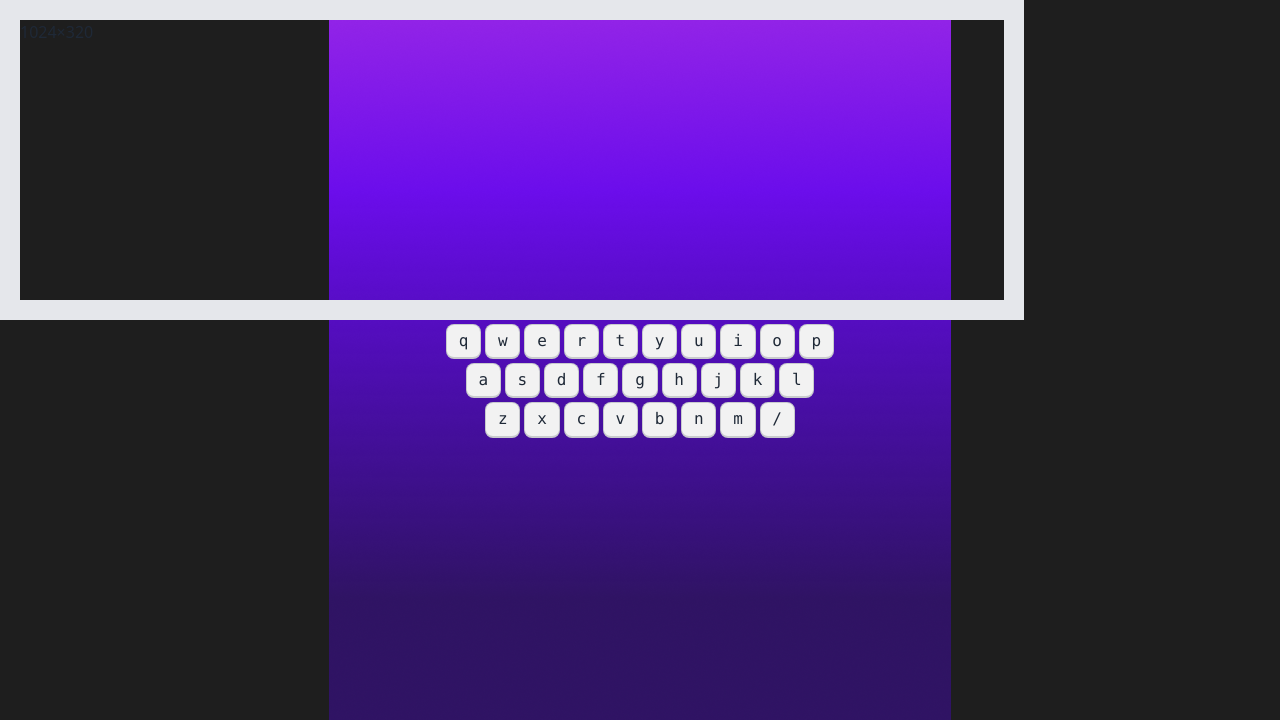
Repository: RudrasahaDibos/Alphabet-clash-
Page: index.html
The author's editor kept a copy of each file at every save. The page is drawn from the files as they stood at one save, then again after a run of saves.
The browser window is 1280 px wide. The pictures show the whole page.
Some web fonts or font styles are not loaded; a fallback is used. Some web libraries are served in a nearby version.

Above is the page before, as saved 2024-11-04 11:55:25.

### index.html
<!DOCTYPE html>
<html lang="en">
    <head>
        <meta charset="UTF-8">
        <meta name="viewport" content="width=device-width, initial-scale=1.0">
        <title>Alphabet Clash</title>
        <!-- daisy apa -->
        <link
            href="https://cdn.jsdelivr.net/npm/daisyui@4.12.14/dist/full.min.css"
            rel="stylesheet" type="text/css" />
        <script src="https://cdn.tailwindcss.com"></script>

        <!-- custom css  -->
        <link rel="stylesheet" href="style.css">

    </head>
    <body>
        <main
            class="bg-[#1E1E1E] min-h-screen bg-[url(images/background.png)] bg-no-repeat bg-center ">
            <!-- home screen  start here -->
            <section class="min-h-screen flex justify-center items-center hidden">
                <div class="flex flex-col justify-center items-center gap-10 ">
                    <h1
                        class="text-white text-8xl font-extrabold anton-sc-regular uppercase ">ALPHABET
                        CLASH</h1>
                    <p class="text-white ">Unleash Your Keyboard Kung Fu : Press
                        “Enter” to Play</p>
                    <button class="btn bg-white text-black">Play Now </button>
                </div>
            </section>
            <!-- home screen end here -->
            <!-- midlle screen start here -->
            <section>
                    <!-- display screen start here -->
                    <div class="artboard artboard-horizontal phone-6 border-[20px] border-[010313]">
                        1024×320
                    </div>
                     <!-- dispaly screen end here -->

                     <!-- keyboard start here  -->
                               <div>
                                <div class="my-1 flex w-full justify-center gap-1">
                                    <kbd class="kbd">q</kbd>
                                    <kbd class="kbd">w</kbd>
                                    <kbd class="kbd">e</kbd>
                                    <kbd class="kbd">r</kbd>
                                    <kbd class="kbd">t</kbd>
                                    <kbd class="kbd">y</kbd>
                                    <kbd class="kbd">u</kbd>
                                    <kbd class="kbd">i</kbd>
                                    <kbd class="kbd">o</kbd>
                                    <kbd class="kbd">p</kbd>
                                  </div>
                                  <div class="my-1 flex w-full justify-center gap-1">
                                    <kbd class="kbd">a</kbd>
                                    <kbd class="kbd">s</kbd>
                                    <kbd class="kbd">d</kbd>
                                    <kbd class="kbd">f</kbd>
                                    <kbd class="kbd">g</kbd>
                                    <kbd class="kbd">h</kbd>
                                    <kbd class="kbd">j</kbd>
                                    <kbd class="kbd">k</kbd>
                                    <kbd class="kbd">l</kbd>
                                  </div>
                                  <div class="my-1 flex w-full justify-center gap-1">
                                    <kbd class="kbd">z</kbd>
                                    <kbd class="kbd">x</kbd>
                                    <kbd class="kbd">c</kbd>
                                    <kbd class="kbd">v</kbd>
                                    <kbd class="kbd">b</kbd>
                                    <kbd class="kbd">n</kbd>
                                    <kbd class="kbd">m</kbd>
                                    <kbd class="kbd">/</kbd>
                                  </div>
                               </div>
                      <!-- keyboard end here -->

                      <!-- life and scrore button here -->

                      <!-- life and scrore button end here -->
            </section>
            <!-- midlle screen end here -->
             <!-- last screen start here -->
            <section>

            </section>
            <!-- last screen end here -->
        </main>
    </body>
</html>

### style.css


@import url('https://fonts.googleapis.com/css2?family=Anton+SC&family=Manrope:wght@200..800&display=swap');


.font-manrope {
    font-family: "Manrope", serif;
  }

  .anton-sc-regular {
    font-family: "Anton SC", sans-serif;
  }

After the next 2 saves:
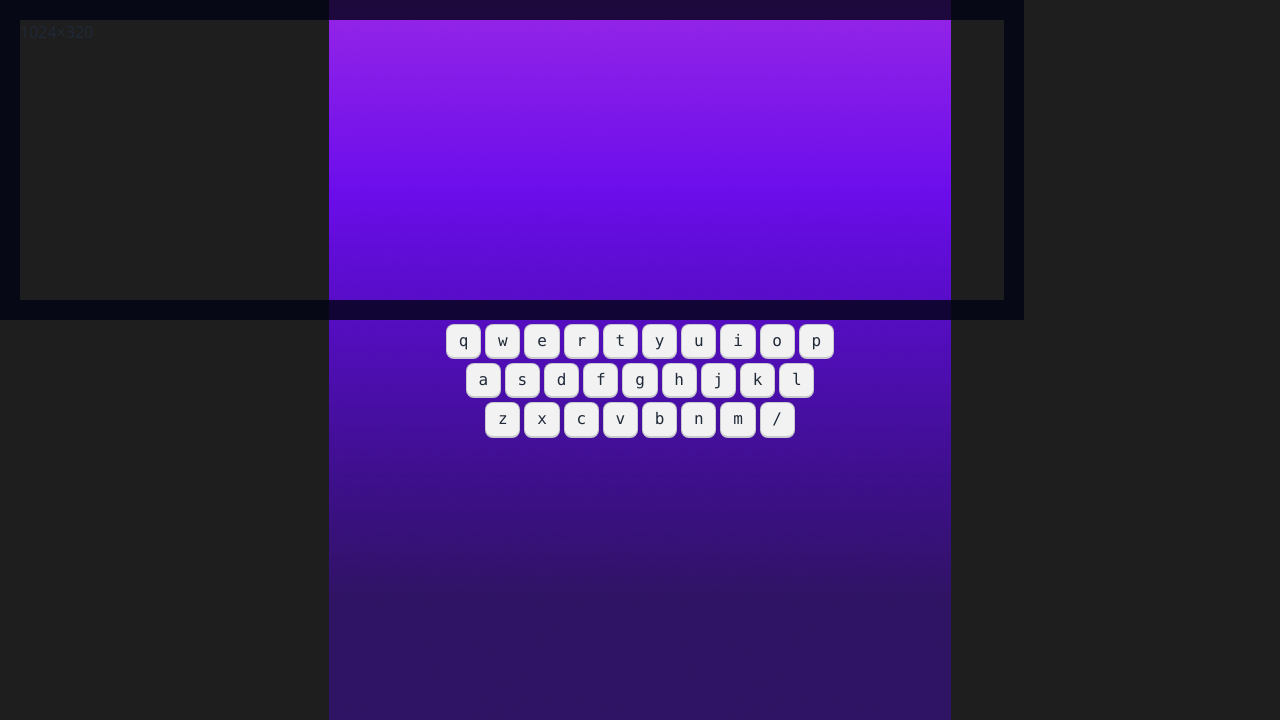
The 2 saves are shown as one change because they came seconds apart.
The last was saved 39 s later.
--- a/index.html
+++ b/index.html
@@ -32,7 +32,7 @@
             <!-- midlle screen start here -->
             <section>
                     <!-- display screen start here -->
-                    <div class="artboard artboard-horizontal phone-6 border-[20px] border-[010313]">
+                    <div class="artboard artboard-horizontal phone-6 border-[20px] border-[#010313CC]">
                         1024×320
                     </div>
                      <!-- dispaly screen end here -->
